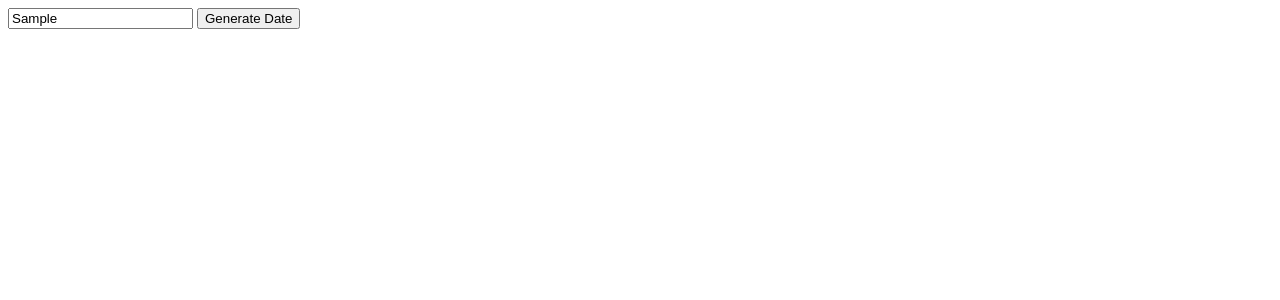
Repository: jfjadloc/jfjadloc.github.io
Page: Timestamp/index.html
An editor plug-in stored every save of this project. The page is shown before and after the next save, followed by the edit.
The browser window is 1280 px wide. The pictures show the whole page.
Empty fields were first filled with sample values (such as "Sample", 5 or name@example.com).
After loading, the first visible `#myBtn` was clicked once.

Above is the page before, as saved 2022-02-27 20:54:11.

After the next save:
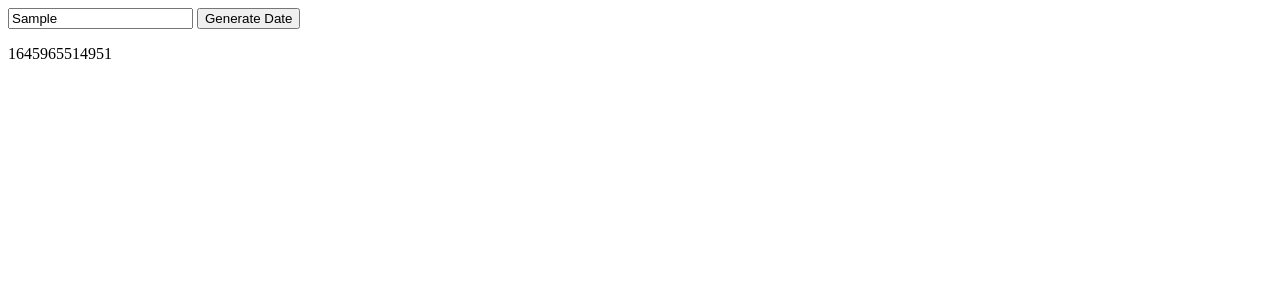
Saved 13 s later.
--- a/Timestamp/index.html
+++ b/Timestamp/index.html
@@ -16,7 +16,7 @@
 <script>
     function displayDate() {
         var ST = document.getElementById("date_input").innerText;
-        document.getElementById("answer").innerHTML = ST;
+        document.getElementById("answer").innerHTML = "1645965514951";
     }
 </script>
 
